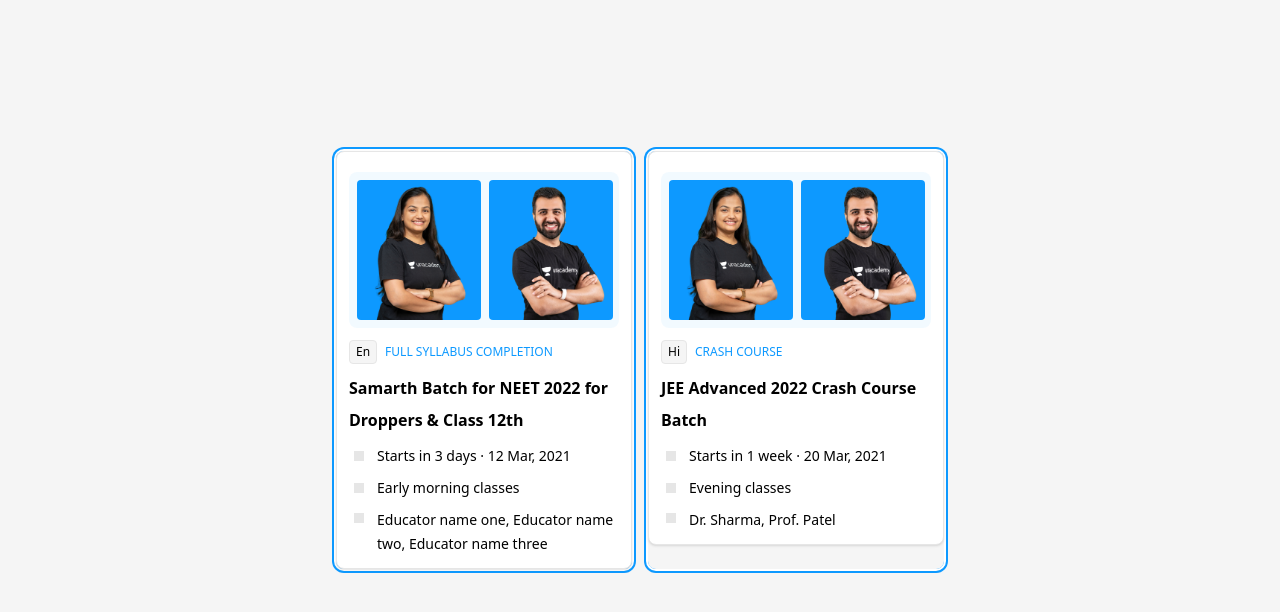
Repository: vignesh33654/resizablesidebar
Page: /
The author's editor kept a copy of each file at every save. The page is drawn from the files as they stood at one save, then again after a run of saves.
The browser window is 1280 px wide. The pictures show the whole page.
The project was rebuilt for these pictures with package versions that can differ from the ones it lists, and the page was loaded fresh each time.

Above is the page before, as saved 2025-11-11 13:28:31.

### index.html
<!doctype html>
<html lang="en">
  <head>
    <meta charset="UTF-8" />
    <link rel="icon" type="image/svg+xml" href="/vite.svg" />
    <meta name="viewport" content="width=device-width, initial-scale=1.0" />
    <title>ai-app</title>
  </head>
  <body>
    <div id="root"></div>
    <script type="module" src="/src/main.tsx"></script>
  </body>
</html>

### src/index.css
@import "tailwindcss";

@theme {

  --font-display: "inter";

  /* Colors */
  --color-default: #37352f;
  --color-secondary: #898986;
  --color-tertiary: #ff00ff;
  --color-disabled: #d5d5d4;
  --color-white: #ffffff;
  --color-primary: #0d99ff;
  --color-success: #14ae5c;
  --color-failure: #f24822;
  --color-warning: #ffcd29;
  --color-Bg-0: #ffffff;
  --color-Bg-1: #f5f5f5;
  --color-Bg-2: #f1f0f1;
  --color-border-primary:#e6e6e6;

  /*text sizes*/
--text-h1: 30px;
--text-h2: 24px;
--text-h3: 20px;
--text-body-16: 16px;
--text-body-14: 14px;
--text-body-13: 13px;
--text-small-12: 12px;
--text-small-11: 11px;
--text-small-10: 10px;
}

@layer base {
  h1 {
    font-size: var(--text-h1);
    font-weight: 600;
    line-height: 40px;
    letter-spacing: -2.1%;
  }
  h2 {
    font-size: var(--text-h2);
    font-weight: 600;
    line-height: 32px;
    letter-spacing: -1.9%;
  }
  h3 {
    font-size: var(--text-h3);
    font-weight: 600;
    line-height: 32px;
    letter-spacing: -1.7%;
  }
  p {
    font-size: var(--text-body-16);
    font-weight: 400;
    line-height: 24px;
    letter-spacing: -1.1%;
  }

  /* Focus ring for accessibility */
  .focus-ring {
    @apply outline-none ring-2 ring-primary ring-offset-2 transition-shadow;
  }

  .focus-ring:focus-visible {
    @apply ring-2 ring-primary ring-offset-2;
  }
}

### src/App.tsx
import BatchCard from '@/components/BatchCard';

export default function App() {
  return (
    <div className="min-h-screen bg-Bg-1 flex items-center justify-center p-8">
      <div className="flex gap-4 flex-wrap justify-center max-w-[1200px]">
        <BatchCard
          language="En"
          topic="FULL SYLLABUS COMPLETION"
          title="Samarth Batch for NEET 2022 for Droppers & Class 12th"
          startDate="Starts in 3 days · 12 Mar, 2021"
          timing="Early morning classes"
          educators="Educator name one, Educator name two, Educator name three"
          href="#"
        />

        {/* Example with onClick instead of href */}
        <BatchCard
          language="Hi"
          topic="CRASH COURSE"
          title="JEE Advanced 2022 Crash Course Batch"
          startDate="Starts in 1 week · 20 Mar, 2021"
          timing="Evening classes"
          educators="Dr. Sharma, Prof. Patel"
          onClick={() => console.log('Batch clicked')}
        />
      </div>
    </div>
  )
}

### src/components/BatchCard.tsx
import educatorImg1 from '@/assets/educator-1.png';
import educatorImg2 from '@/assets/educator-2.png';
import placeholderIcon from '@/assets/placeholder.svg';

export interface BatchCardProps {
  language?: string;
  topic: string;
  title: string;
  startDate: string;
  timing: string;
  educators: string;
  href?: string;
  onClick?: () => void;
  educatorImages?: string[];
}

export default function BatchCard({
  language = "En",
  topic,
  title,
  startDate,
  timing,
  educators,
  href,
  onClick,
  educatorImages = [educatorImg1, educatorImg2],
}: BatchCardProps) {
  const CardWrapper = href ? 'a' : 'div';
  const wrapperProps = href
    ? {
        href,
        className: "block no-underline focus-ring rounded-lg transition-transform hover:scale-[1.02] active:scale-[0.98]",
        tabIndex: 0,
        'aria-label': `View batch: ${title}`
      }
    : {
        className: "block",
        ...(onClick && {
          role: "button" as const,
          tabIndex: 0,
          onClick,
          onKeyDown: (e: React.KeyboardEvent) => {
            if (e.key === 'Enter' || e.key === ' ') {
              e.preventDefault();
              onClick();
            }
          },
          'aria-label': `View batch: ${title}`,
          className: "block cursor-pointer focus-ring rounded-lg transition-transform hover:scale-[1.02] active:scale-[0.98]"
        })
      };

  return (
    <CardWrapper {...wrapperProps}>
      <article
        className="flex flex-col gap-3 p-3 bg-Bg-0 rounded-lg border border-border-primary shadow-sm w-[296px]"
        aria-label="Batch information card"
      >
        <div className="flex flex-col gap-0.5 items-center">
          <div className="bg-divider h-0.5 rounded-[20px] w-[168px]" aria-hidden="true" />
          <div className="bg-divider h-0.5 rounded-[20px] w-[208px]" aria-hidden="true" />

          <div
            className="bg-primary/5 flex gap-2 p-2 rounded-lg w-full h-[156px]"
            role="img"
            aria-label={`Educators for ${title}`}
          >
            {educatorImages.slice(0, 2).map((img, idx) => (
              <div
                key={idx}
                className="bg-primary h-[140px] w-[124px] rounded overflow-hidden relative shrink-0"
              >
                <img
                  src={img}
                  alt={`Educator ${idx + 1}`}
                  className="w-full h-full object-cover"
                />
              </div>
            ))}
          </div>
        </div>

        <div className="flex flex-col gap-2 w-full">
          <div className="flex gap-2 items-center">
            <span
              className="bg-neutral-100 border border-border-primary text-text-primary text-small-12 px-1.5 py-0.5 rounded inline-flex items-center justify-center min-w-[26px]"
              aria-label={`Language: ${language}`}
            >
              {language}
            </span>
            <span
              className="text-primary text-small-12 flex-1 min-w-0"
              aria-label={`Topic: ${topic}`}
            >
              {topic}
            </span>
          </div>

          <div className="flex flex-col gap-2">
            <h3 className="text-text-primary text-body-16 m-0">
              {title}
            </h3>

            <div className="flex gap-2 items-center">
              <div className="image-placeholder w-5 h-5 shrink-0" aria-hidden="true">
                <img src={placeholderIcon} alt="" className="w-full h-full" />
              </div>
              <p className="text-text-secondary text-body-14 flex-1 min-w-0 m-0">
                {startDate}
              </p>
            </div>

            <div className="flex gap-2 items-center">
              <div className="image-placeholder w-5 h-5 shrink-0" aria-hidden="true">
                <img src={placeholderIcon} alt="" className="w-full h-full" />
              </div>
              <p className="text-text-secondary text-body-14 flex-1 min-w-0 m-0">
                {timing}
              </p>
            </div>

            <div className="flex gap-2 items-start">
              <div className="image-placeholder w-5 h-5 shrink-0" aria-hidden="true">
                <img src={placeholderIcon} alt="" className="w-full h-full" />
              </div>
              <p className="text-text-secondary text-body-14 flex-1 min-w-0 m-0">
                {educators}
              </p>
            </div>
          </div>
        </div>
      </article>
    </CardWrapper>
  );
}

Loaded but not shown: src/main.tsx (common file)

After the next 3 saves:
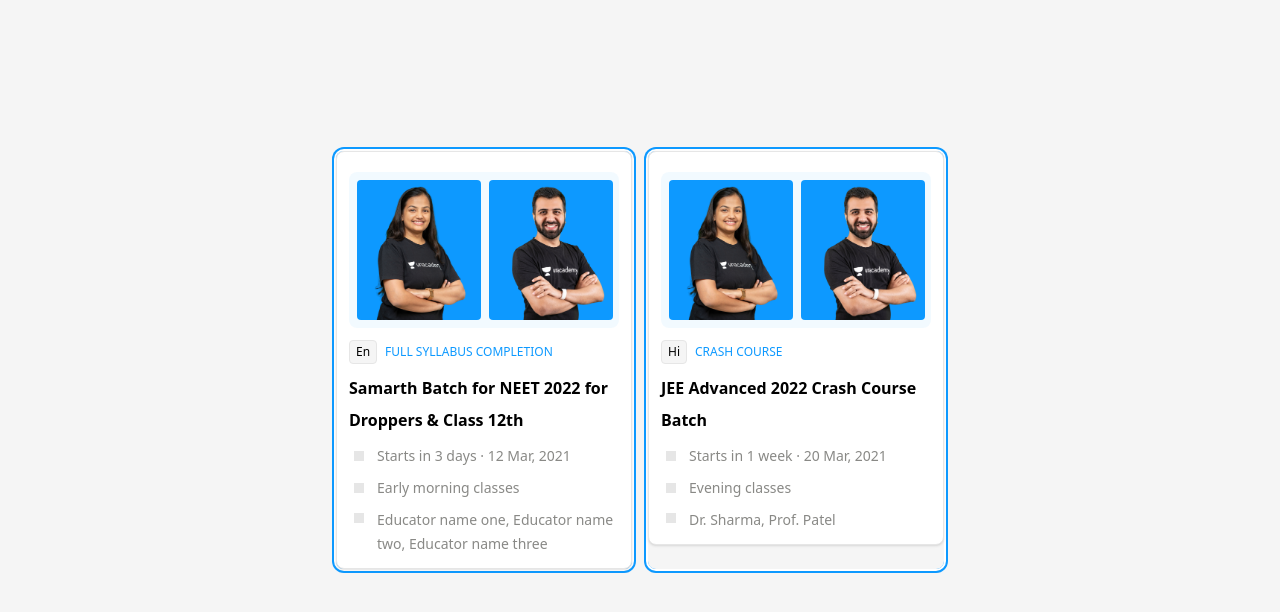
The 3 saves are shown as one change because they came seconds apart.
The last was saved 45 s later.
--- a/src/components/BatchCard.tsx
+++ b/src/components/BatchCard.tsx
@@ -105,7 +105,7 @@
               <div className="image-placeholder w-5 h-5 shrink-0" aria-hidden="true">
                 <img src={placeholderIcon} alt="" className="w-full h-full" />
               </div>
-              <p className="text-text-secondary text-body-14 flex-1 min-w-0 m-0">
+              <p className="text-secondary text-body-14 flex-1 min-w-0 m-0">
                 {startDate}
               </p>
             </div>
@@ -114,7 +114,7 @@
               <div className="image-placeholder w-5 h-5 shrink-0" aria-hidden="true">
                 <img src={placeholderIcon} alt="" className="w-full h-full" />
               </div>
-              <p className="text-text-secondary text-body-14 flex-1 min-w-0 m-0">
+              <p className="text-secondary text-body-14 flex-1 min-w-0 m-0">
                 {timing}
               </p>
             </div>
@@ -123,7 +123,7 @@
               <div className="image-placeholder w-5 h-5 shrink-0" aria-hidden="true">
                 <img src={placeholderIcon} alt="" className="w-full h-full" />
               </div>
-              <p className="text-text-secondary text-body-14 flex-1 min-w-0 m-0">
+              <p className="text-secondary text-body-14 flex-1 min-w-0 m-0">
                 {educators}
               </p>
             </div>
